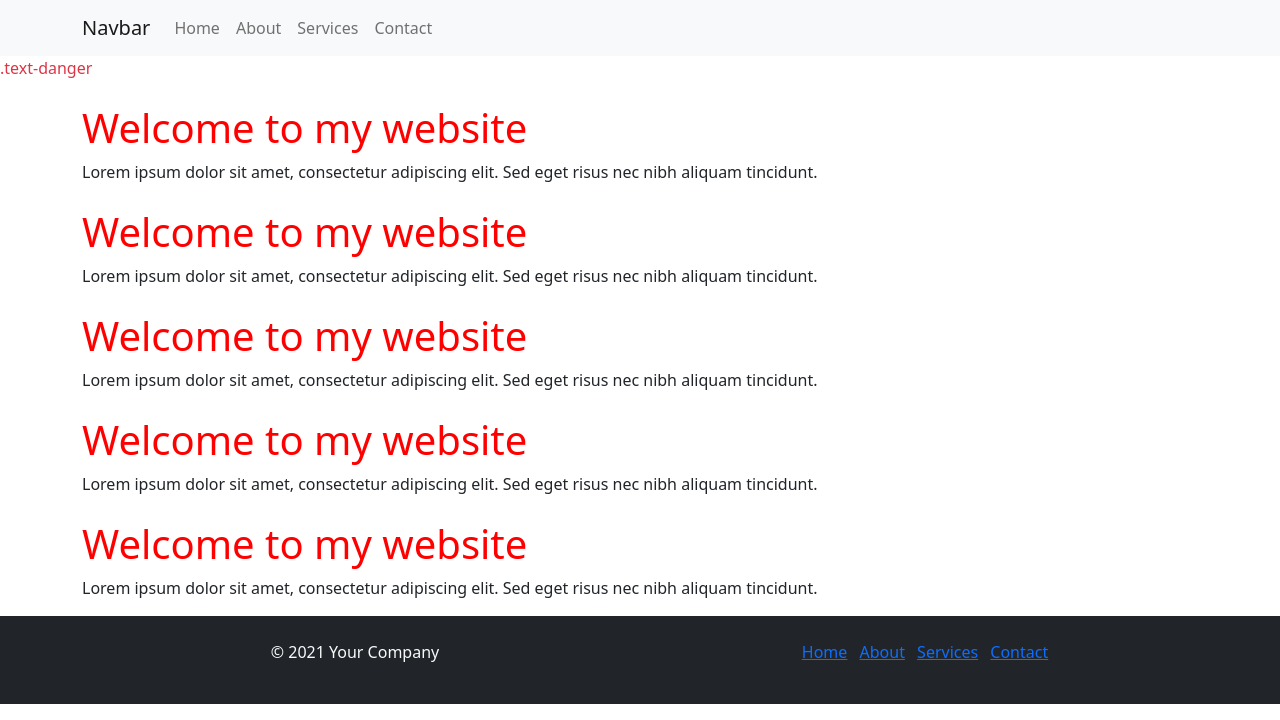
Repository: DongVersion2/laravel-test
Page: http://localhost/
The author's editor kept a copy of each file at every save. The page is drawn from the files as they stood at one save, then again after the next save.
The browser window is 1280 px wide. The pictures show the whole page.
The page is served by the project's Laravel application, run on PHP 8.4 with Laravel 8.

Above is the page before, as saved 2024-05-02 09:45:39.

After the next save:
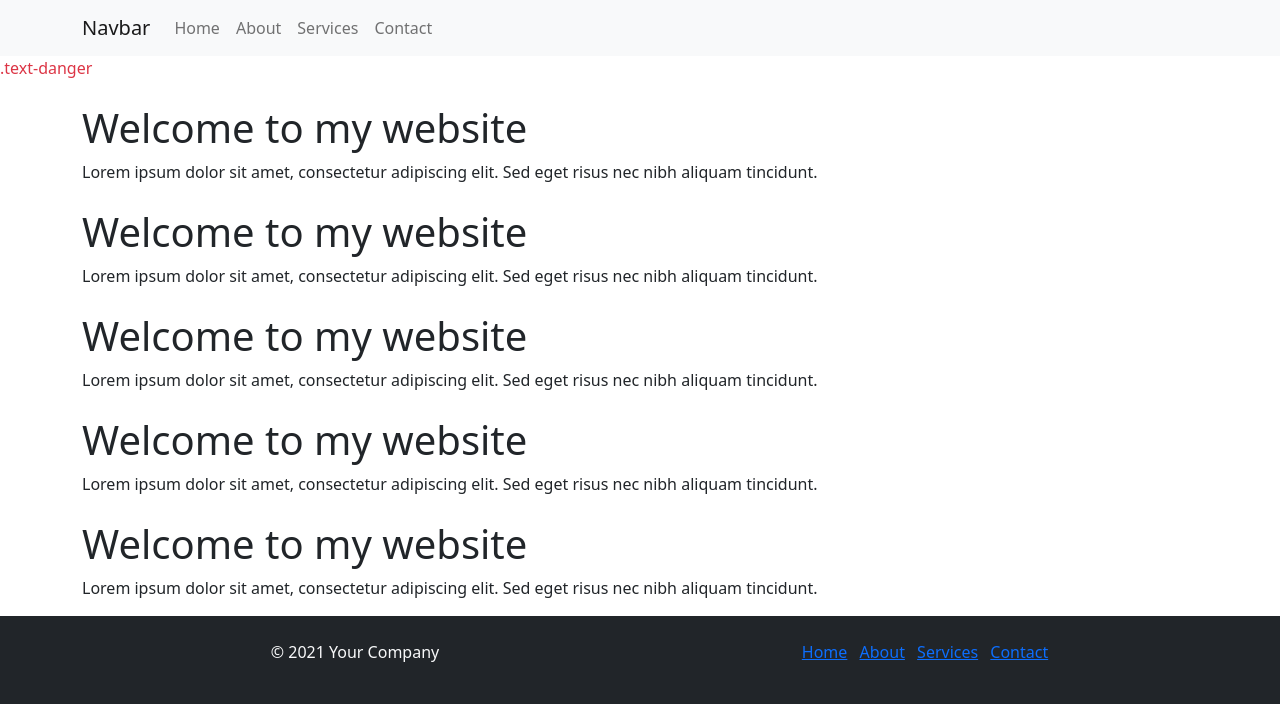
Saved 67 s later.
--- a/resources/views/home.blade.php
+++ b/resources/views/home.blade.php
@@ -5,7 +5,7 @@
     <meta name="viewport" content="width=device-width, initial-scale=1.0">
     <meta http-equiv="X-UA-Compatible" content="ie=edge">
     <link href="https://cdn.jsdelivr.net/npm/bootstrap@5.0.2/dist/css/bootstrap.min.css" rel="stylesheet" integrity="sha384-EVSTQN3/azprG1Anm3QDgpJLIm9Nao0Yz1ztcQTwFspd3yD65VohhpuuCOmLASjC" crossorigin="anonymous">
-    <link rel="stylesheet" href="{{asset('home.css')}}">
+    {{-- <link rel="stylesheet" href="{{asset('home.css')}}"> --}}
     <title>Document</title>
 </head>
 <body>
